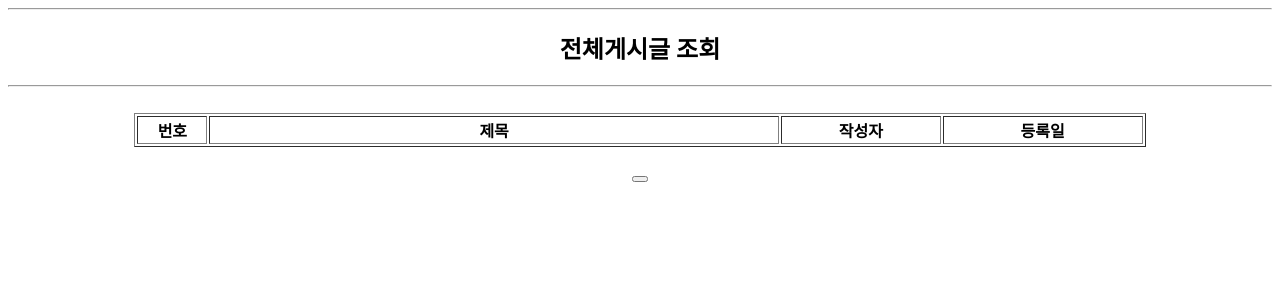
Repository: sunnny10/web-workspace
Page: http://localhost/Mission-Web/jsp/board/list.jsp
An editor plug-in stored every save of this project. The page is shown before and after the next save, followed by the edit.
The browser window is 1280 px wide. The pictures show the whole page.
The page is served by Tomcat 9. Other server files are loaded and not shown. Queries for data that is not in the repository find no rows.

Above is the page before, as saved 2022-06-02 07:56:13.

### Mission-Web/src/main/webapp/jsp/board/list.jsp
<%@page import="kr.ac.kopo.util.JDBCClose"%>
<%@ page language="java" contentType="text/html; charset=UTF-8"
    pageEncoding="UTF-8"%>
<%@ page import="java.sql.*" %>
<%@ page import="kr.ac.kopo.util.ConnectionFactory"%>

<%--
	작업순서
	1. t_board 테이블에서 전체게시글 조회
	2. 조회된 게시물을 하나씩 웹브라우저 출력
--%>

<%
	Connection conn = new ConnectionFactory().getConnection();
	StringBuilder sql = new StringBuilder();
	sql.append("select no, title, writer, to_char(reg_date, 'yyyy-mm-dd') reg_date");
	sql.append("	from t_board");
	sql.append("	order by no desc ");

	PreparedStatement pstmt = conn.prepareStatement(sql.toString());
	ResultSet rs = pstmt.executeQuery();
	/* rs가 가리키고 있는 데이터가 있으면 true, 없으면 false */

%>

<!DOCTYPE html>
<html>
<head>
<meta charset="UTF-8">
<title>게시물 목록</title>
</head>
<body>
	<div align="center">
		<hr>
		<h2>전체게시글 조회</h2>
		<hr>
		<br>
		<table border="1" style="width:80%">
			<tr>
				<th width="7%">번호</th>
				<th>제목</th>
				<th width="16%">작성자</th>
				<th width="20%">등록일</th>
			</tr>
			<%
				while(rs.next()) {
					int no 		   = rs.getInt("no");
					String title   = rs.getString("title");
					String writer  = rs.getString("writer");
					String regDate = rs.getString("reg_date");
			%>
					<tr>
						<td><%= no %></td>
						<td><%= title %></td>
						<td><%= writer %></td>
						<td><%= regDate %></td>
					</tr>
			<%
				}
			%>
		</table>
		<br>
		<button id="addBtn"></button>
	</div>
</body>
</html>

<%
	JDBCClose.close(pstmt, conn);
%>

### Mission-Web/src/main/java/kr/ac/kopo/util/ConnectionFactory.java
package kr.ac.kopo.util;

import java.sql.Connection;
import java.sql.DriverManager;

public class ConnectionFactory {

	public Connection getConnection() {

		Connection conn = null;

		try {
			Class.forName("oracle.jdbc.driver.OracleDriver");

			String url = "jdbc:oracle:thin:@192.168.119.119:1521:dink";
			String user = "scott";
			String password = "tiger";

			conn = DriverManager.getConnection(url, user, password);

		} catch (Exception e) {	// throws Exception으로 넘기던지..
			e.printStackTrace();
		}

		return conn;
	}
}

### Mission-Web/src/main/java/kr/ac/kopo/util/JDBCClose.java
package kr.ac.kopo.util;

import java.sql.Connection;
import java.sql.Statement;

public class JDBCClose {

	public static void close(Statement stmt, Connection conn) {
		if(stmt != null) {
			try {
				stmt.close();
			} catch (Exception e) {
				e.printStackTrace();
			}
		}

		if(conn != null) {
			try {
				conn.close();
			} catch (Exception e) {
				e.printStackTrace();
			}
		}
	}
}

After the next save:
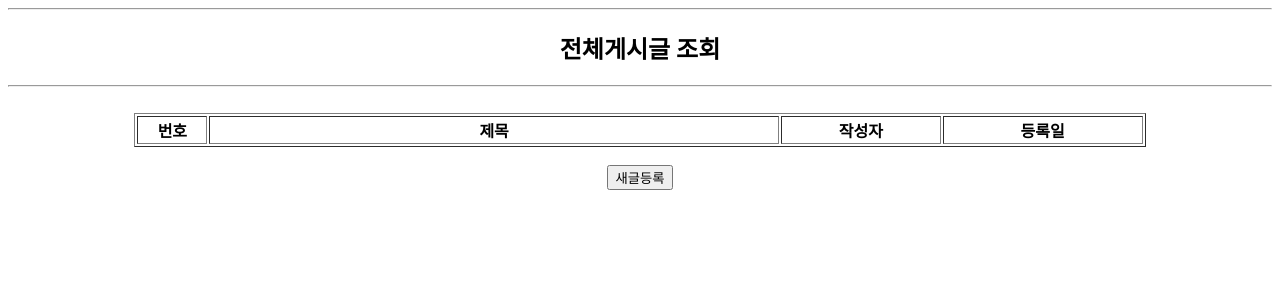
Saved 13 s later.
--- a/Mission-Web/src/main/webapp/jsp/board/list.jsp
+++ b/Mission-Web/src/main/webapp/jsp/board/list.jsp
@@ -60,7 +60,7 @@
 			%>
 		</table>
 		<br>
-		<button id="addBtn"></button>
+		<button id="addBtn">새글등록</button>
 	</div>
 </body>
 </html>
